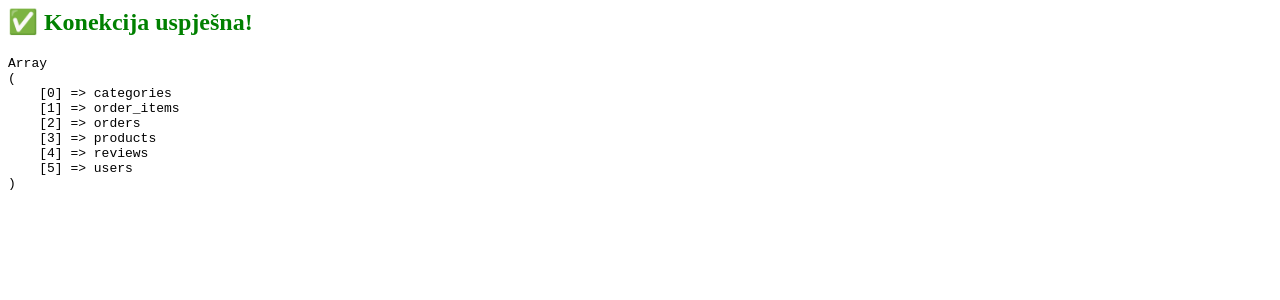
Repository: kanitafoco/kanita-foco
Page: http://localhost/web-programming-2025/backend/rest/test_connection.php
The author's editor kept a copy of each file at every save. The page is drawn from the files as they stood at one save, then again after the next save.
The browser window is 1280 px wide. The pictures show the whole page.
The page is run by PHP 8.4 with error messages shown; the project is at /var/www/html/.

Above is the page before, as saved 2025-10-23 11:50:38.

### backend/rest/test_connection.php
<?php
require_once 'config.php';

try {
    $conn = Database::connect();
    echo "<h2 style='color:green'>✅ Konekcija uspješna!</h2>";

    // test upit
    $stmt = $conn->query("SHOW TABLES");
    $tables = $stmt->fetchAll(PDO::FETCH_COLUMN);

    echo "<pre>";
    print_r($tables);
    echo "</pre>";

} catch (PDOException $e) {
    echo "<h2 style='color:red'>❌ Greška pri konekciji:</h2>";
    echo $e->getMessage();
}
?>

### backend/rest/config.php
<?php
class Database {
    private static $host = 'localhost 2';
    private static $dbName = 'milestone2_db';
    private static $username = 'root';
    private static $password = 'root';
    private static $connection = null;

    public static function connect() {
        if (self::$connection == null) {
            try {
                self::$connection = new PDO(
                    "mysql:host=" . self::$host . ";dbname=" . self::$dbName . ";charset=utf8mb4",
                    self::$username,
                    self::$password,
                    [
                        PDO::ATTR_ERRMODE => PDO::ERRMODE_EXCEPTION,
                        PDO::ATTR_DEFAULT_FETCH_MODE => PDO::FETCH_ASSOC
                    ]
                );
            } catch (PDOException $e) {
                die("Connection failed: " . $e->getMessage());
            }
        }
        return self::$connection;
    }

    public static function disconnect() {
        self::$connection = null;
    }
}
?>

After the next save:
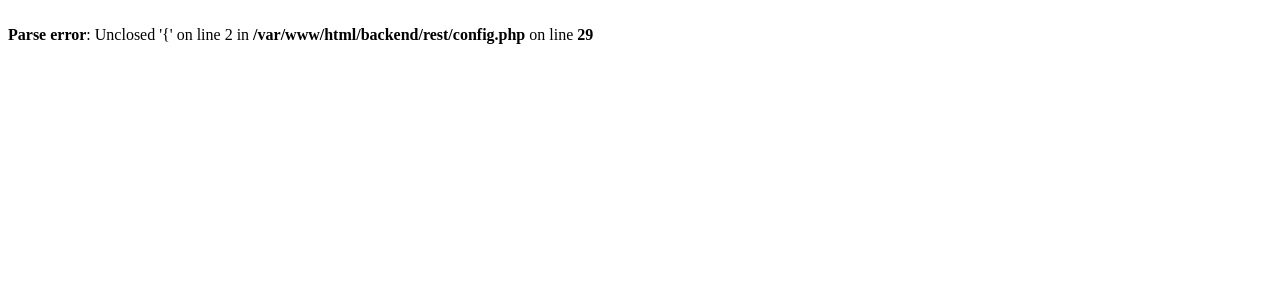
Saved 5 min 29 s later.
--- a/backend/rest/config.php
+++ b/backend/rest/config.php
@@ -1,32 +1,27 @@
 <?php
 class Database {
-    private static $host = 'localhost 2';
-    private static $dbName = 'milestone2_db';
-    private static $username = 'root';
-    private static $password = 'root';
-    private static $connection = null;
+   private static $host = 'localhost';
+   private static $dbName = 'restaurant_db';
+   private static $username = 'root';
+   private static $password = '';
+   private static $connection = null;
 
-    public static function connect() {
-        if (self::$connection == null) {
-            try {
-                self::$connection = new PDO(
-                    "mysql:host=" . self::$host . ";dbname=" . self::$dbName . ";charset=utf8mb4",
-                    self::$username,
-                    self::$password,
-                    [
-                        PDO::ATTR_ERRMODE => PDO::ERRMODE_EXCEPTION,
-                        PDO::ATTR_DEFAULT_FETCH_MODE => PDO::FETCH_ASSOC
-                    ]
-                );
-            } catch (PDOException $e) {
-                die("Connection failed: " . $e->getMessage());
-            }
-        }
-        return self::$connection;
-    }
 
-    public static function disconnect() {
-        self::$connection = null;
-    }
-}
-?>
+   public static function connect() {
+       if (self::$connection === null) {
+           try {
+               self::$connection = new PDO(
+                   "mysql:host=" . self::$host . ";dbname=" . self::$dbName,
+                   self::$username,
+                   self::$password,
+                   [
+                       PDO::ATTR_ERRMODE => PDO::ERRMODE_EXCEPTION,
+                       PDO::ATTR_DEFAULT_FETCH_MODE => PDO::FETCH_ASSOC
+                   ]
+               );
+           } catch (PDOException $e) {
+               die("Connection failed: " . $e->getMessage());
+           }
+       }
+       return self::$connection;
+   }

After the save that followed:
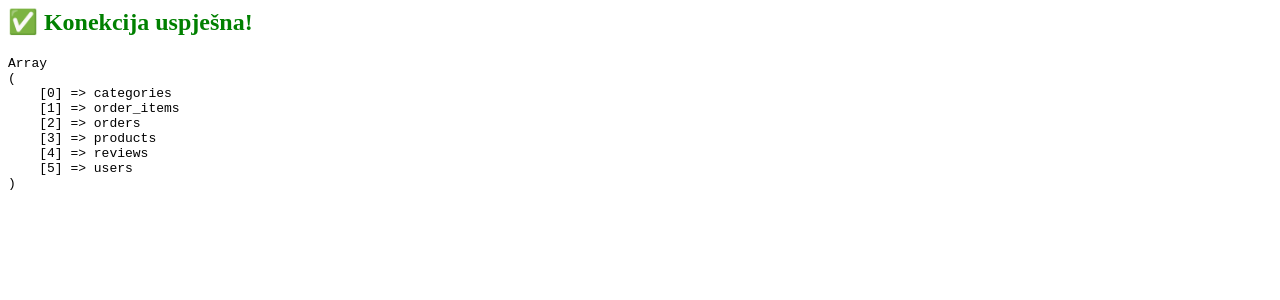
Saved 6 s later.
--- a/backend/rest/config.php
+++ b/backend/rest/config.php
@@ -25,3 +25,5 @@
        }
        return self::$connection;
    }
+}
+?>
